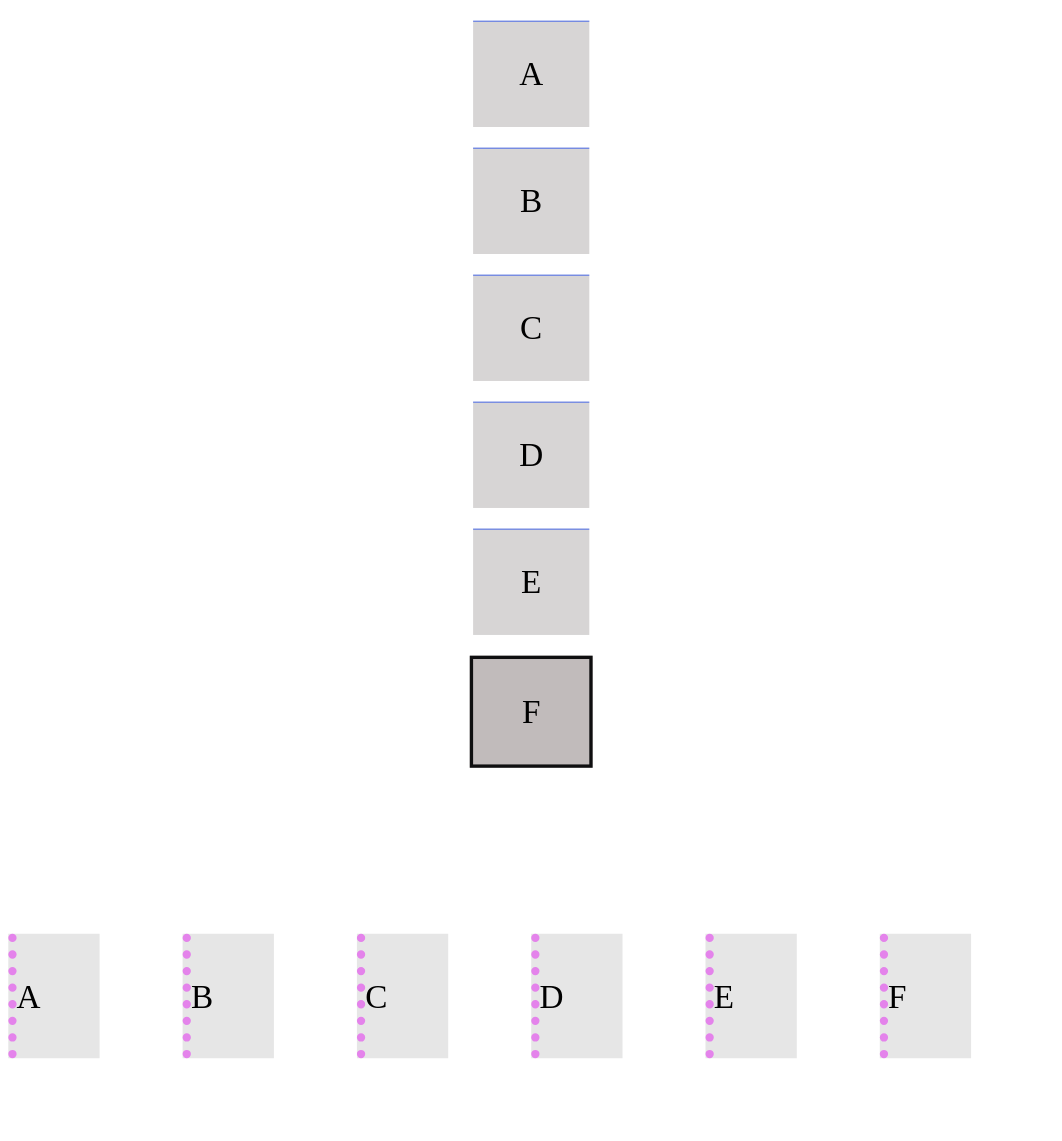
Repository: HoangDuy315/HW_TVK
Page: ex2/index.html
An editor plug-in stored every save of this project. The page is shown before and after the next save, followed by the edit.
The browser window is 1280 px wide. The pictures show the whole page, at 83% of full size.

Above is the page before, as saved 2022-10-10 21:06:43.

After the next save:
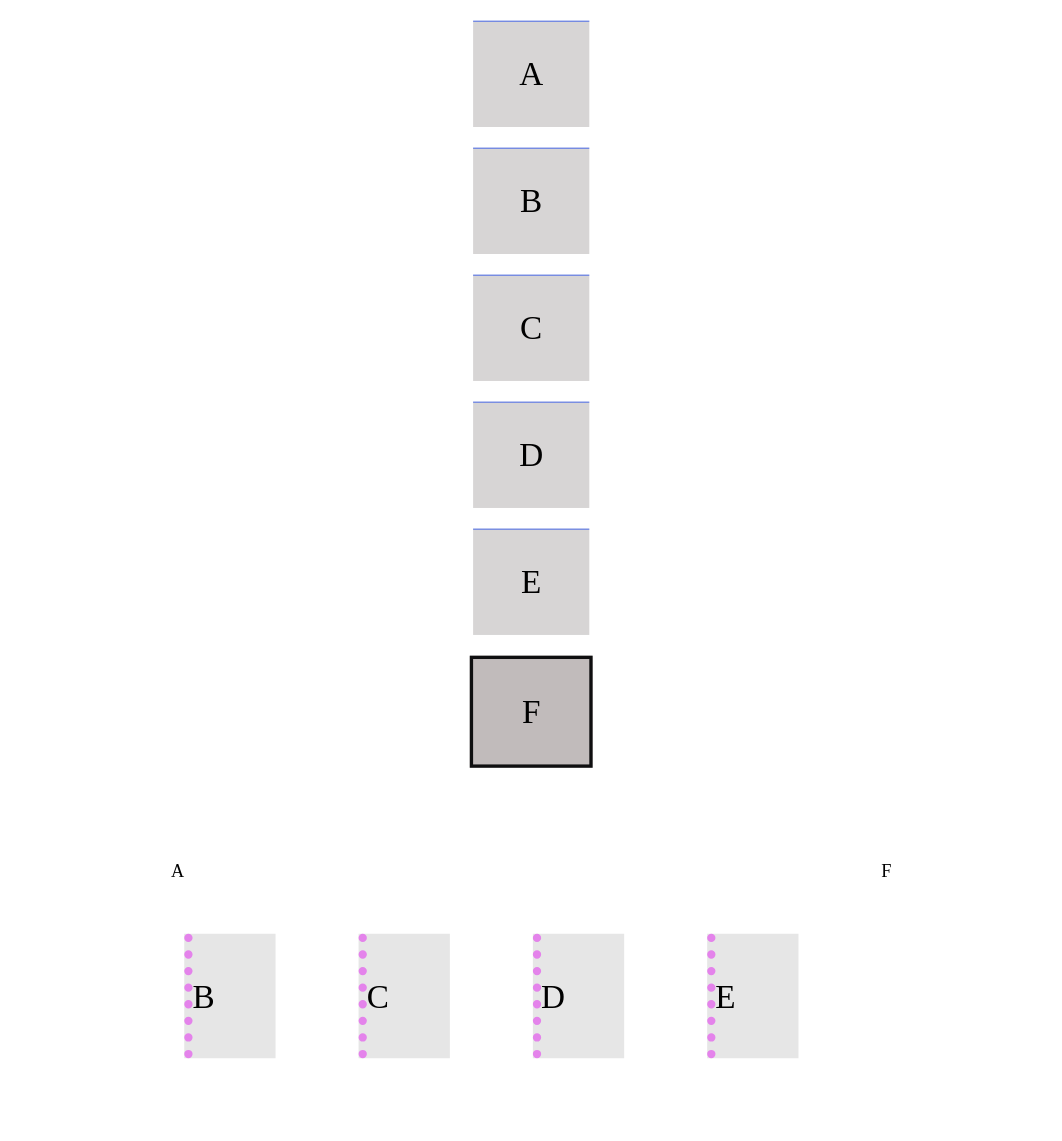
Saved 43 s later.
--- a/ex2/index.html
+++ b/ex2/index.html
@@ -30,7 +30,7 @@
 
     <!-- Problem 2 -->
     <div class="pb">
-      <div class="squareb">
+      <div class="squareb1">
         <p class="a2">A</p>
       </div>
       <div class="squareb">
@@ -45,7 +45,7 @@
       <div class="squareb">
         <p class="e2">E</p>
       </div>
-      <div class="squareb">
+      <div class="squareb2">
         <p class="f2">F</p>
       </div>
     </div>

After the save that followed:
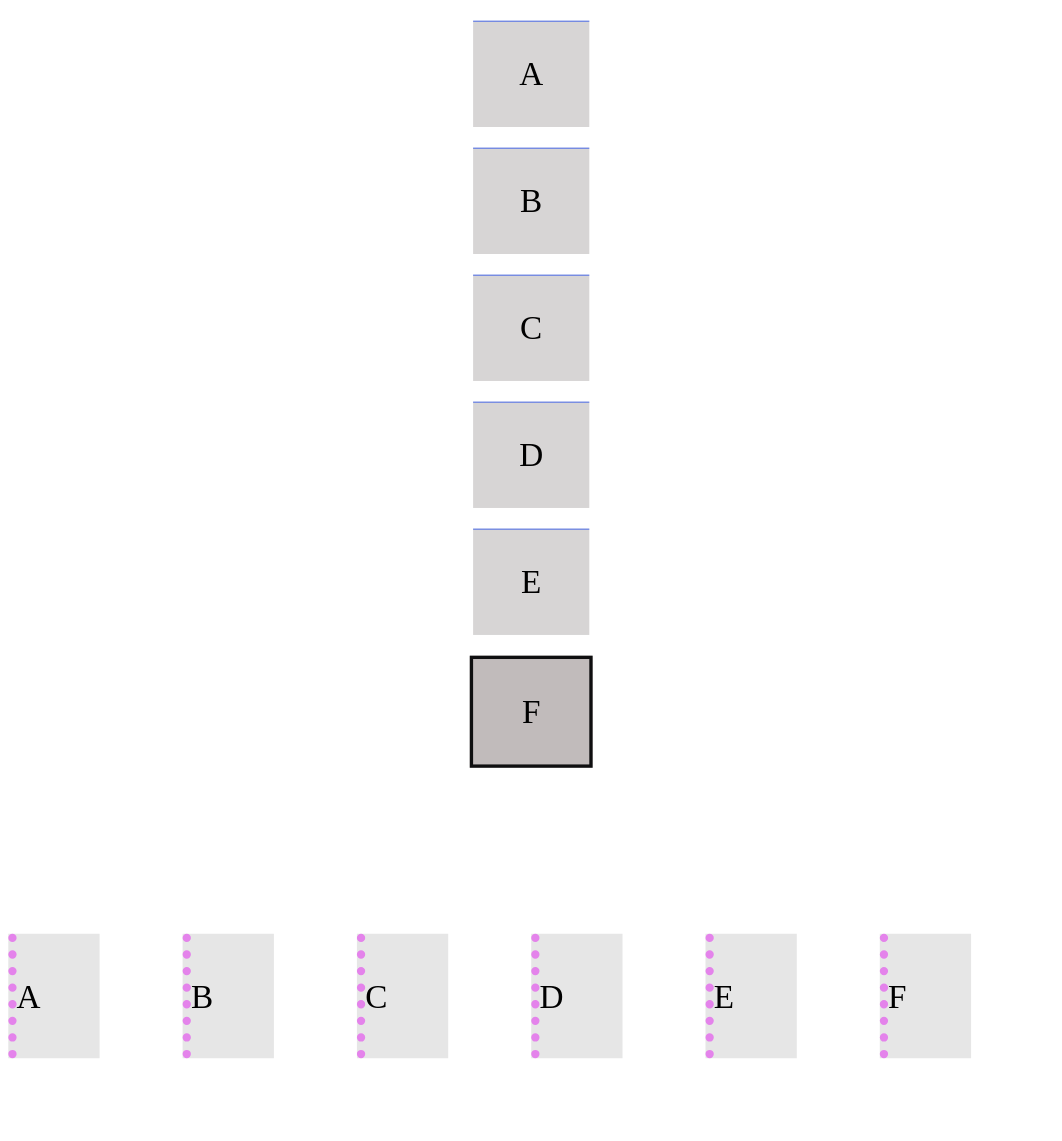
Saved 1 s later.
--- a/ex2/styleB.css
+++ b/ex2/styleB.css
@@ -20,3 +20,28 @@
   border-left: 10px dotted rgb(228, 131, 235);
   background-color: rgb(230, 230, 230);
 }
+
+.squareb1 {
+  margin-top: 200px;
+  margin-bottom: -100px;
+  display: flex;
+  align-items: center;
+  margin-right: 100px;
+  height: 150px;
+  width: 100px;
+  font-size: 40px;
+  border-left: 10px dotted rgb(228, 131, 235);
+  background-color: rgb(230, 230, 230);
+}
+.squareb2 {
+  margin-top: 200px;
+  margin-bottom: -100px;
+  display: flex;
+  align-items: center;
+  margin-right: 100px;
+  height: 150px;
+  width: 100px;
+  font-size: 40px;
+  border-left: 10px dotted rgb(228, 131, 235);
+  background-color: rgb(230, 230, 230);
+}
